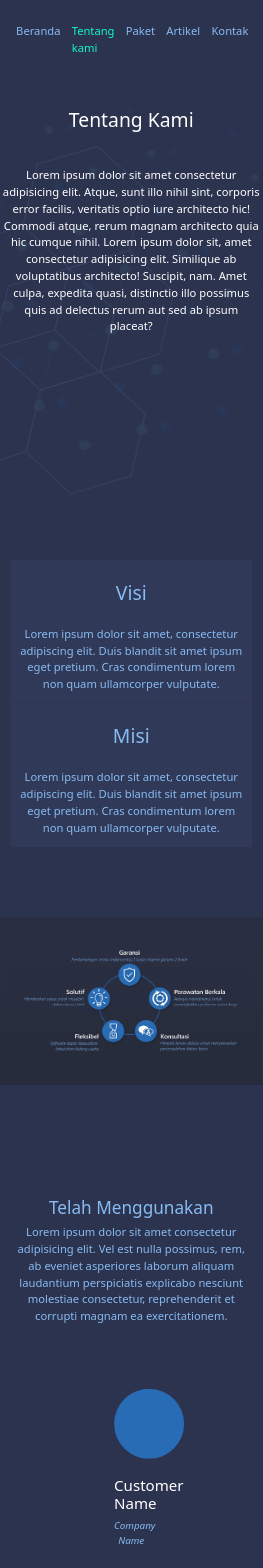
Repository: alfathard/dniztechno
Page: resources/views/about.blade.php
These files come from the project's save history. The page is drawn as it stood at one moment and after the next save; the edit follows.
The browser window is 375 px wide. The pictures show the part of the page from y = 0 to 2240 px (the page is 2643 px tall before and 2297 px after), at 70% of full size.
The page is served by the project's Laravel application, run on PHP 8.4 with Laravel 8. Other server files are loaded and not shown. The template is opened directly, without the code that normally fills it, so the values that code supplies are empty.

Above is the page before, as saved 2025-03-20 09:55:03.
Console error: ReferenceError: $ is not defined

### public/css/style.css
/* nav-link
font-family: Segoe UI;
font-style: normal;
font-weight: normal;
font-size: 25px;

color: rgba(136,187,242,1);
color: rgba(18,248,200,1); */
html, body {
    height: 100%;
    background-color:#2c334f;
  }
.navbar-nav{
    margin-right: 50px;
    margin-left:auto;
    margin-top: 25px;
}
.nav-link{
color: rgba(136,187,242,1);
}
.nav-link.active {
    color: rgba(18,248,200,1);
  }

.ss-heading{
    background-color:#2c334f;
    height: 100%;
    padding-top:70px;
    position: relative;
}
.ss-heading-warp{
    position: relative;
    height: 100%;
    overflow: hidden;
}
.ss-heading:before{
    height: 100%;
    content:" ";
    opacity: 0.5;
    position: absolute;
    width: 100%;
    margin-bottom: 0px;
    background-image: url('/assets/images/heading/Ornament_2x_yb@2x.png'),url('/assets/images/heading/Ornament_2x@2x.png');
    background-size: 700px auto;
    background-repeat: no-repeat,no-repeat;
    background-position: -135px 0px,765px 180px;
}
.ss-heading-data{
    margin-top: 60px;
    margin-left: 20px;
    margin-right: 20px;
}
.ss-heading-logo{
    background-image: url('/assets/images/logos/Logo_Main_2x@2x.png');
    background-repeat: no-repeat;
    height: 330px;
    width: 100%; /* auto */
    background-position: right;
    margin-right: 60px;
    background-size:auto 330px;
}
.ss-heading-title{
    color: rgba(136,187,242,1);
    margin-bottom:50px;
    margin-top: auto;
    text-align: left;
    margin-right: auto;

}

.ss-heading-title-focus{
    color: rgba(18,248,200,1);
}
.ss-about-us{
   background-color:  #303958 ;
   text-align: center;
   color: white;
   height: 100%;
}
.ss-about-us .title{
    padding-top:100px;
}
.ss-about-us .content{
    max-width: 800px;
    height: 100%;
    margin:37px auto 0px auto;
    padding: 0 15px;
}
.ss-about-us .content .btn-more {
    padding-top: 0px;
    margin-top:0px;
    border: 1px solid #88BBF299;
    border-radius: 5px;
    text-align: center;
    font: normal normal normal 20px/27px Segoe UI;
    letter-spacing: 0px;
    color: #88BBF2;
}
.benefits{
    background: #303958 0% 0% no-repeat padding-box;
    opacity: 1;
    height: 100%;
    position: relative;
}
.benefits-img{
    background-image: url('/assets/images/home/benefit.png');
    background-repeat: no-repeat;
    height: 100%;
    width: 100%;
    background-position: center left 53%;
    background-size:auto 500px;
}
.ss-paket{
    margin-top: 60px;
    text-align: center;
}
.ss-paket .ss-top{
    padding-top:70px;
    margin-left: auto;
    margin-right: auto;
    max-width: 600px;
    letter-spacing: 0px;
    color: #88BBF2;
}
.ss-paket .ss-body .row{
    margin-right: 3px;
    /* margin-left:35px; */
}

/* [1] The container */
.ss-paket-card-zoom {
    height: 500px;
    width: 240px; /* [1.1] Set it as per your need */
    overflow: hidden;
    padding-top: 30px;
    border-radius: 30px; /* [1.2] Hide the overflowing of child elements */
  }

  /* [2] Transition property for smooth transformation of images */
  .ss-paket-card-zoom div{
    transition: transform .5s ease;
  }

  /* [3] Finally, transforming the image when container gets hovered */
  .ss-paket-card-zoom:hover div{
    transform: scale(1.05);
  }

.ss-paket-card{
    height: 450px;
    width: 220px;
    background: transparent linear-gradient(180deg, #2F3959 0%, #201E1E 100%) 0% 0% no-repeat padding-box;
    box-shadow: 15px 20px 10px #100F0F29;
    border-radius: 30px;
}
.ss-paket-card .ss-image{
    margin: 0px auto 0px auto;
    background-position: center;
    /* background-image: url('/assets/images/paket/SlimProfile_2x@2x.png'); */
    height: 50%;
    width: auto;
    background-repeat: no-repeat;
    background-size: 150px;
    opacity: 1;
}
.ss-paket-card .card-body .card-title{
    color: white;
}
.ss-paket-card .card-body .card-text{
    color: #88BBF2;
}
.btn-more {
    padding-top: 0px;
    margin-top:0px;
    border: 1px solid #88BBF299;
    border-radius: 5px;
    text-align: center;
    font: normal normal normal 20px/27px Segoe UI;
    letter-spacing: 0px;
    color: #88BBF2;
}
.ss-featuring{
    margin-top: 60px;
    text-align: center;
    height: 100%;
}
.ss-featuring .ss-top{
    padding-top:100px;
    margin-left: auto;
    margin-right: auto;
    max-width: 600px;
    letter-spacing: 0px;
    color: #88BBF2;
}
.ss-featuring .ss-body{
    margin-right: 35px;
    margin-left:35px;
}
.ss-featuring .ss-carousel {
    padding-top:30px;
    padding-bottom:50px;
}

/* .ss-featuring .ss-featuring-card{
    height: 100%;
    width: 500px;
    background: #FFFFFF 0% 0% no-repeat padding-box;
    border: 1px solid #707070;
    box-shadow: 15px 20px 10px #100F0F29;
    border-radius: 10px;
    opacity: 1;
} */
.ss-featuring .ss-featuring-card{
    height: 100%;
    width: 500px;
    background: #2c334f 0% 0% no-repeat padding-box;
    /* border: 1px solid #707070; */
    /* box-shadow: 15px 20px 10px #100F0F29; */
    /* border-radius: 10px; */
    opacity: 1;
}
/* .image-cropper {
    width: 100px;
    height: 100px;
    position: relative;
    overflow: hidden;
    border-radius: 50%;
} */
.ss-featuring-card .ss-circle{
    height: 100px;
    width: 100px;
    bottom: 10px;
    justify-content: center;
    background: #FFFFFF 0% 0% no-repeat padding-box;
    border-radius: 50%;
    background-size: 100px;
    opacity: 1;
}
.ss-featuring-card .card-body{
    text-align: center;
    /* margin: -114px auto auto 120px; */
}
.ss-featuring-card .card-body .card-title{
    color: #FFFFFF;
}
.ss-featuring-card .card-body .card-subtitle{
    color: #12F8C8;
    font-style: italic;
}
.ss-featuring-card .card-body .card-text{
    color: #FFFFFF;
    height: 80px;
    padding-top: 10px;
}
/* .ss-carousel .carousel-item{
    left: 132px;
    right: 125px;
} */
.carousel-indicators{
    bottom: -50px;
}
.carousel-indicators .indbutton{
    background-color : #2D3451;
    border: 1px solid #12F8C8;
    border-radius: 9px;
    opacity: 1;
    padding: 5px 30px;
}
.carousel-indicators .active{
    background-color: #12F8C8;
}
#ss-footer{
    opacity: 1;
    width: 100%;
    height: 250px;
    position: relative;
    /* background: transparent linear-gradient(90deg, #64C4B0 0%, #286CB5 100%) 0% 0% no-repeat padding-box; */
}
.ss-footer-warp{
    position: relative;
    height: 250px;
}
.ss-footer:before{
    height: 200px;
    content:" ";
    opacity: 0.7;
    position: absolute;
    width: 100%;
    margin-bottom: 0px;
    margin-top: 48px;
    /* background-color: transparent linear-gradient(270deg, #64C4B0 0%, #286CB5 100%) 0% 0% no-repeat padding-box; */
    background-image: url('/assets/images/Ornament_2x_do.png'),url('/assets/images/Ornament_2x_do@2x.png');
    background-size: 1024px auto;
    background-repeat: no-repeat,no-repeat;
    background-position: left;
}
.ss-footer-data{
    margin-top: 30px;
    margin-left: 20px;
    margin-right: 20px;
}
.ss-footer .Bottom {
    position: absolute;
    width: 100%;
    height: 100%;
    left: 0px;
    z-index: -1;
    overflow: hidden;
}
.ss-footer .Bottom_BG {
    position: absolute;
    width: 100%;
    height: 100%;
    left: 0px;
    top: 0px;
    z-index: -1;
    overflow: hidden;
}
.ss-footer .Path_2_dl {
    background-image: url("data:[embedded picture, 927 characters]");
    opacity: 0.39;
    /* top: 15.91px; */
    z-index: -1;
    position: absolute;
    top: 0px;
    transform: matrix(1,0,0,1,0,0);
}
.ss-footer .Path_3_dn {
    background-image: url("data:[embedded picture, 1021 characters]");
    opacity: 0.39;
    z-index: -1;
    position: absolute;
    transform: matrix(1,0,0,1,0,0);
}
.ss-footer .Path_1_dj {
    background-image: url("data:[embedded picture, 907 characters]");
    /* top: 34.946px; */
    top: 0px;
    z-index: -1;
    position: absolute;
    transform: matrix(1,0,0,1,0,0);
}
.ss-footer .Path_2_dl {
    background-image: url("data:[embedded picture, 927 characters]");
    opacity: 0.39;
    /* top: 15.91px; */
    top: 0px;
    z-index: -1;
    position: absolute;
    transform: matrix(1,0,0,1,0,0);
}
.ss-footer .Path_3_dn {
    background-image: url("data:[embedded picture, 1021 characters]");
    opacity: 0.39;
    z-index: -1;
    position: absolute;
    transform: matrix(1,0,0,1,0,0);
}
#Ornament_2x_do {
    position: relative;
    width: 100%;
    height: 100%;
    left: 0px;
    /* top: 34.946px; */
    top: 0px;
    overflow: hidden;
}
.ss-footer-logo{
    background-image: url('/assets/images/footer/Logo_putih@2x.png');
    background-repeat: no-repeat;
    height: 200px;
    width: auto;
    background-position: right;
    margin-top: 30px;
    margin-right: 60px;
    background-size:auto 200px;
    position: relative;
    z-index: 1;
    display: block;
}
.ss-footer-title{
    color: rgba(136,187,242,1);
    margin-bottom:20px;
    margin-top: auto;
    text-align: left;
    margin-right: auto;
    position: relative;
    z-index: 1;
}
.ss-footer-title-focus{
    color: rgba(18,248,200,1);
    position: relative;
    z-index: 1;
}
.ss-footer-link{
    height: 50px;
    width: auto;
    background-position: left;
    margin-right: 60px;
    background-size:auto 50px;
    position: relative;
    z-index: 1;
}
.ss-footer-link-warp{
    margin-top: 70px;
    position: relative;
    z-index: 1;
}
.nav-footer-link{
    color: #FFFFFF;
    position: relative;
    z-index: 1;
    }
.ss-footer-img {
    width: 100%;
    height: 100%;
    object-fit: contain;
  }

/* CSS for About Us page */

.about-us{
    background-color:#2c334f;
    height: 100%;
    padding-top:70px;
    position: relative;
}
.about-us-warp{
    position: relative;
    height: 100%;
    overflow: hidden;
}
.about-us:before{
    height: 100%;
    content:" ";
    opacity: 0.5;
    position: absolute;
    width: 100%;
    margin-bottom: 0px;
    background-image: url('/assets/images/heading/Ornament_2x_yb@2x.png'),url('/assets/images/heading/Ornament_2x@2x.png');
    background-size: 700px auto;
    background-repeat: no-repeat,no-repeat;
    background-position: -135px 0px,765px 180px;
}
.about-us-data{
    margin-left: 20px;
    margin-right: 20px;
}
.about-us .title{
    color: #FFFFFF;
    margin-bottom:50px;
    margin-top: auto;
    text-align: center;
    font-weight: bold;
    margin-right: auto;
}
.about-us .content{
    color: #FFFFFF;
    font-size: 16px;
    position: relative;
    text-align: center;
    max-width: 800px;
    height: 200px;
    margin:auto auto 0px auto;
}
.visimisi{
    background:#2c334f;
    text-align: center;
    height: 100%;
    position: relative;
}
.visimisi-box{
    background: #303958;
    opacity: 1;
    text-align: center;
    color: #88BBF2;
    position: relative;
    /* height: 300px; */
    height: fit-content;
    width: 420px;
    margin:-135px auto 0px auto;
 }
 .visimisi-box .title{
    color: #88BBF2;
    margin-bottom:30px;
    margin-top: 30px;
    text-align: center;
    font-weight: bold;
    margin-right: auto;
}
.benefit{
    background: linear-gradient(180deg, rgba(41,46,66,1) 0%, rgba(39,44,60,1) 100%);
    opacity: 1;
    height: 100%;
    position: relative;
    margin: 100px auto auto auto;
}
.benefit-img{
    background-image: url('/assets/images/about/benefit.png');
    background-repeat: no-repeat;
    height: 100%;
    width: 100%;
    background-position: center;
    margin-top: 25px;
    background-size:auto 500px;
    margin: auto;
}

.testimoni-item .circle{
    height: 100px;
    width: 100px;
    margin: 25px auto auto auto;
    justify-content: center;
    /* background-position: center; */
    background: #286CB5 0% 0% no-repeat padding-box;
    border-radius: 50%;
    background-size: 100px;
    opacity: 1;

    /* height: 100px;
    width: 100px;
    bottom: 10px;
    justify-content: center;
    background: #FFFFFF 0% 0% no-repeat padding-box;
    border-radius: 50%;
    background-size: 100px;
    opacity: 1;  */
}
.testimoni-item .title{
    color: #FFFFFF;
    text-align: center;
    margin: 25px auto auto auto;
}
.testimoni-item .subtitle{
    color: #88BBF2;
    font-style: italic;
    font-size: 14px;
    text-align: center;
}

/* #Close {
    position: absolute;
    width: 70px;
    height: 70px;
    left: 1565px;
    top: 1999px;
    overflow: visible;
    --web-animation: fadein 0.3s ease-out;
    --web-action-type: page;
    --web-action-target: About_Us.html;
    cursor: pointer;
}
.Ellipse_55 {
    position: absolute;
    overflow: visible;
    width: 70px;
    height: 70px;
    left: 0px;
    top: 0px;
}
#X {
    position: absolute;
    left: 22px;
    top: 4px;
    overflow: visible;
    width: 27px;
    white-space: nowrap;
    text-align: center;
    font-family: Segoe UI;
    font-style: normal;
    font-weight: bold;
    font-size: 42px;
    color: rgba(48,57,88,1);
}
#Fade {
    opacity: 0.66;
}
.Fade {
    position: absolute;
    overflow: visible;
    width: 1920px;
    height: 2909px;
    left: 0px;
    top: 0px;
}
#Happy_Costumer_kr {
    position: absolute;
    width: 1210px;
    height: 529px;
    left: 355px;
    top: 2061px;
    overflow: visible;
}
.Rectangle_3 {
    position: absolute;
    overflow: visible;
    width: 1210px;
    height: 529px;
    left: 0px;
    top: 0px;
} */
.modal-body{
    text-align: left;
    margin: 0px auto auto 120px;

}
.modal-body .circle{
    height: 100px;
    width: 100px;
    /* margin-left: 3px;
    margin-top: 3px; */
    margin: 0px auto auto -100px;
    background-position: left;
    background: #286CB5 0% 0% no-repeat padding-box;
    border-radius: 50%;
    background-size: 100px;
    opacity: 1;
}
.modal-body .title{
    color: #286CB5;
    text-align: left;
    margin: -100px auto auto 20px;
}
.modal-body .subtitle{
    color: #777575;
    text-align: left;
    font-style: italic;
    margin: 0px auto auto 20px;
}
.modal-body .text{
    color: #286CB5;
    margin: 0px auto auto 20px;
}

/* CSS for Contact Us page */

.contactus{
    background: url("data:[embedded picture, 343 characters]");
    height: 100%;
    padding-top:70px;
    position: relative;
}
.contactus-warp{
    position: relative;
    height: 100%;
}
.contactus:before{
    height: 100%;
    content:" ";
    opacity: 0.7;
    position: absolute;
    width: 100%;
    margin-bottom: 0px;
    background-image: url('/assets/images/heading/Ornament_2x_yb@2x.png'),url('/assets/images/heading/Ornament_2x@2x.png');
    background-size: 700px auto;
    background-repeat: no-repeat,no-repeat;
    background-position: -60px -60px,765px 150px;
    /* background-position: center top; */
}
.contactus-title{
    padding-top:70px;
    text-align: left;
    font: normal normal bold 50px/80px Segoe UI;
    letter-spacing: 0px;
    color: #FFFFFF;
    opacity: 1;
}
.contactus-content{
    text-align: left;
    font: normal normal normal 30px/42px Segoe UI;
    color: #88BBF2;
    opacity: 1;
}
.contactus-detail{
    text-align: left;
    font: normal normal 300 20px/40px Segoe UI;
    letter-spacing: 0px;
    color: #FFFFFF;
    opacity: 1;
}
.contactus-img {
    width: 100%;
    height: 100%;
    object-fit: contain;
  }
.contactus-box{
    background: #303958 0% 100% no-repeat padding-box;
    opacity: 1;
    height: 90%;
    margin: 70px auto auto 20px;
    position: relative;
}
.contactus-box-title{
    text-align: center;
    font: normal normal bold 35px/67px Segoe UI;
    letter-spacing: 0px;
    color: #88BBF2;
    opacity: 1;
    margin-top: 15px;
}
.contactus-box-subtitle{
    text-align: center;
    font: normal normal normal 15px/20px Segoe UI;
    letter-spacing: 0px;
    color: #88BBF2;
    opacity: 1;
    margin-top: 10px;
    margin-bottom: 15px;
}
.contactus-input-box{
    background: #303958;
    border: 3px solid #88BBF2;
    border-radius: 7px;
    opacity: 1;
    width: 85%;
    /* position: absolute; */
    /* margin: 25px auto auto 30px; */
    margin: 5px auto;
    display: block;
}
.contactus-button{
    background: #88BBF2 0% 0% no-repeat padding-box;
    border-radius: 6px;
    opacity: 1;
    width: 92%;
    text-align: center;
    font: normal normal 300 15px/27px Segoe UI;
    letter-spacing: 0px;
    color: #303958;
    margin: 5px auto;
    display: block;
}

/* CSS for Article List page */
.article{
    height: 100%;
    padding-top:70px;
    position: relative;
}
.article-warp{
    position: relative;
    height: 100%;
}
.article-data{
    margin-left: 20px;
    margin-right: 20px;
}
.article-list{
    /* height: 100%; */
    position: relative;
    margin: -400px auto 0px auto;
}

.article-data .title{
    color: #FFFFFF;
    margin-top: auto;
    text-align: center;
    font-weight: bold;
    margin-bottom: 10px;
}

.article-title{
    color: #FFFFFF;
    margin-top: auto;
    text-align: left;
    font-weight: bold;
    margin-right: auto;
}

.article-date{
    color: #FFFFFF;
    font: normal normal 300 12px/20px Segoe UI;
    margin-top: auto;
    text-align: left;
    margin-right: auto;
}

.tm-info-box {
    max-width: 340px;
    background: #303958 0% 100% no-repeat padding-box;
    opacity: 1;
    height: 100%;
    /* margin: 70px auto auto 20px; */
    margin:35px auto 0px auto;
    position: relative;
}

.img-center {
    display: block;
    margin-left: -12px;
    margin-right: auto;
    margin-bottom: 10px;
    height: 250px;
    width: 340px;
  }

.tm-space-even {
    justify-content: space-between;
    margin:-450px auto 0px auto;
    height: 100%;
    max-width: 100%;
    /* position: absolute; */
}

.article-p .p {
    color: #88BBF2;
    overflow: hidden;
    font: normal normal 300 16px/24px Segoe UI;
    height: 50px;
    line-height: 16px;
    overflow: hidden;
    position: relative;
    word-wrap: break-word;
  }

.article-p .p:after {
    content: "";
    position :absolute;
    right: 0;
    bottom: 2px;
}

.tm-info-box-a{
    color: #88BBF2;
    text-align: right;
    display: block;
}

.pagination,
.jsgrid .jsgrid-pager {
    display: flex;
    padding-left: 0;
    list-style: none;
    border-radius: 0.25rem
}

.page-link {
    color: #88BBF2
}

.pagination.pagination-rounded-flat .page-item {
    margin: 0 .25rem
}

.pagination-success .page-item.active .page-link,
a {
    background: #88BBF2;
    border-color: #88BBF2;
    border-width: 2px;
}

.pagination.pagination-rounded-flat .page-item .page-link,
a {
    border-color: #88BBF2;
    border-radius: 50px;
    border-width: 2px;
    background: transparent;
}




/* CSS for Article Detail page */
.tm-info-box-b{
    color: #88BBF2;
    font-size: 20px;
    text-align: left;
    display: block;
    margin-bottom: 10px;
}

.textarea .p {
    color: #FFFFFF;
    overflow: hidden;
    font: normal normal 300 20px/24px Segoe UI;
    /* height: 50px; */
    /* line-height: 16px;  */
    overflow: hidden;
    position: relative;
    padding-bottom: 30px;
}

.img-detail {
    display: block;
    margin: auto;
    position: relative;
    padding-bottom: 30px;
    height: 100%;
    width: 800px;
    object-fit: cover;
    object-position: center;
}

.back-to-top-link {
    text-decoration: underline;
    font-size: 20px;
    font-family: 'Segoe UI';
    text-align: center;
    color: #88BBF2;
    position: sticky;
}

.back-to-top-wrapper {
    position: relative;
    padding-bottom: 30px;
    text-align: center;
}

/* CSS for Product page */
.our-product{
    background-color:#2c334f;
    height: 100%;
    padding-top:70px;
    position: relative;
}
.our-product-warp{
    position: relative;
    height: 100%;
    overflow: hidden;
}
.our-product:before{
    height: 100%;
    content:" ";
    opacity: 0.5;
    position: absolute;
    width: 100%;
    margin-bottom: 0px;
    background-image: url('/assets/images/heading/Ornament_2x_yb@2x.png'),url('/assets/images/heading/Ornament_2x@2x.png');
    background-size: 700px auto;
    background-repeat: no-repeat,no-repeat;
    background-position: -135px 0px,765px 180px;
}
.our-product-data{
    margin-left: 20px;
    margin-right: 20px;
}
.our-product .title{
    color: #FFFFFF;
    margin-bottom:50px;
    margin-top: auto;
    text-align: center;
    font-weight: bold;
    margin-right: auto;
}
.our-product .content{
    color: #FFFFFF;
    font-size: 16px;
    position: relative;
    text-align: center;
    width: 800px;
    height: 200px;
    margin:auto auto 0px auto;
}

.ss-product-card-zoom {
    height: auto;
    width: 240px;
    padding-top: 30px;
}
/* [1] The container for product zoom & hover*/
/* .ss-product-card-zoom {
    height: auto;
    width: 240px;
    padding-top: 30px;
} */

  /* [2] Transition property for smooth transformation of images */
/* .ss-product-card-zoom div{
    transition: transform .5s ease;
    opacity: 0.5;
    transform: scale(0.85);
  }  */

  /* [3] Finally, transforming the image when container gets hovered */
/* .ss-product-card-zoom:hover div{
    transform: scale(1.1);
    opacity: 1;
} */

.ss-product-card-default{
    height: 450px;
    width: 240px;
    background: transparent;
    position: relative;
}

.ss-product-card{
    height: 400px;
    width: 240px;
    /* background: transparent; */
    position: relative;
    /* box-shadow: 15px 20px 10px #100F0F29; */
    /* border-radius: 30px; */
}

.ss-product-card-na{
    height: 380px;
    width: 220px;
    /* background: transparent; */
    position: relative;
    transition: transform .5s ease;
    opacity: 0.5;
    transform: scale(0.85);
    /* box-shadow: 15px 20px 10px #100F0F29; */
    /* border-radius: 30px; */
}

.ss-product-card .ss-image{
    margin: 0px auto 0px auto;
    background-position: center;
    /* background-image: url('/assets/images/paket/SlimProfile_2x@2x.png'); */
    height: 50%;
    width: auto;
    background-repeat: no-repeat;
    background-size: 150px;
    opacity: 1;
}

.ss-product-card-na .ss-image{
    margin: 0px auto 0px auto;
    background-position: center;
    /* background-image: url('/assets/images/paket/SlimProfile_2x@2x.png'); */
    height: 50%;
    width: auto;
    background-repeat: no-repeat;
    background-size: 150px;
    transition: transform .5s ease;
    opacity: 0.5;
    transform: scale(0.85);
}
.ss-product-card .card-body .card-title{
    font-size: 36px;
    text-align: center;
    color: white;
}
.ss-product-card .card-body .card-text{
    color: #88BBF2;
    text-align: center;
}
.ss-product-card-na .card-body .card-title{
    font-size: 36px;
    text-align: center;
    color: white;
}
.ss-product-card-na .card-body .card-text{
    color: #88BBF2;
    text-align: center;
}
/* .used {
    visibility: hidden;
    opacity: 0;
    transition: visibility 0s, opacity 1s linear;
}
.ss-product-card-zoom:hover + .used {
    color:white;
    text-align: center;
    visibility: visible;
    opacity: 1;
} */
.used {
    color:white;
    text-align: center;
    visibility: visible;
    opacity: 1;
}
.used .title{
    color: #88BBF2;
    text-align: center;
    font-weight: bold;
    font-size: 20px;
}
.used-item{
    position: relative;
    padding-bottom: 30px;
}
.used-item .circle{
    height: 75px;
    width: 75px;
    margin: 25px auto auto auto;
    justify-content: center;
    /* background-position: center; */
    /* background: #286CB5 0% 0% no-repeat padding-box; */
    background: transparent;
    border-radius: 50%;
    background-size: 75px;
    opacity: 1;
}
.used-item .text{
    color: #88BBF2;
    text-align: center;
    font-style: italic;
    margin-top: 10px;
}

.feature{
    background-color:#303958;
    height: 100%;
    padding-top:30px;
    padding-bottom:30px;
    position: relative;
}
.feature .title{
    color: #88BBF2;
    text-align: center;
    font-weight: bold;
    font-size: 36px;
}
.feature-item{
    position: relative;
    padding-left: 100px;
}
.feature-item .text{
    color: #12F8C8;
    text-align: left center;
    font-size: 24px;
    margin-left: 10px;
}
.feature-item .check{
    color: #12F8C8;
    text-align: left center;
    font-size: 24px;
}
.contactuspaket .content{
    width: 700px;
    height: 100%;
    position: relative;
    margin:70px auto auto auto;
    text-align: center;
}

.contactuspaket .content .title{
    color: #88BBF2;
    text-align: center;
    font-size: 24px;
    font-style: italic;
}
.contactuspaket .content .btn-more{
    width: 200px;
    height: auto;
    background-color: #88BBF2;
    border-radius: 5px;
    text-align: center center;
    font: normal normal normal 24px/36px Segoe UI;
    color: #303958;
    font-style: italic;
}


@media screen and (max-width: 480px) {
.ss-heading-logo{
    background-position : center
}

.ss-heading-title{
    text-align: center;
    margin-top: 10px;
}

.navbar{
    padding : 1.5rem 15px;
}

.navbar .navbar-nav{
    margin: auto
}

.benefits{
    padding: 0 15px;
    height: 30%;
}

.benefits-img{
    background-size: 100%;
    margin: auto;
}

.ss-top{
    padding: 70px 15px 0;
}

.ss-footer-logo{
    margin: auto;
    background-position: center;
}

.ss-footer-title .container{
    padding-top: 15px;
}

.ss-footer-title .container table{
    margin: auto;
}

.ss-footer-link-warp .col{
    text-align: center;
}

.ss-footer-link-warp {
    margin-bottom: 25px;
    margin-top: 0;
}

/* About */
.benefit{
    padding: 0 15px;
    height: 30%;
}

.about-us-data{
    margin: 0;
    padding: 15px;
}

.benefit-img{
    background-size: 100%;
    margin: auto;
}

.visimisi-box{
    margin: 0;
    width: 100%;
}
}

Loaded but not shown: app/Http/Controllers/Auth/ConfirmPasswordController.php (common file); app/Http/Controllers/Controller.php (common file); public/assets/plugins/bootstrap/css/bootstrap.css (library); public/assets/plugins/fontawesome-free/css/all.min.css (library); resources/views/about.blade.php (288 lines, source omitted); routes/web.php (99 lines, source omitted)

After the next save:
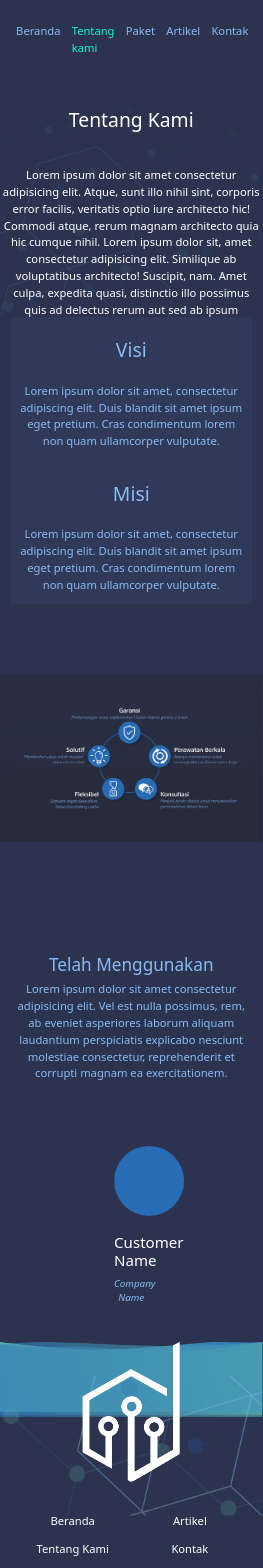
Saved 4 min 17 s later.
--- a/public/css/style.css
+++ b/public/css/style.css
@@ -1220,4 +1220,8 @@ a {
     margin: 0;
     width: 100%;
 }
-}
+
+.ss-heading-warp{
+    height: auto;
+}
+}
